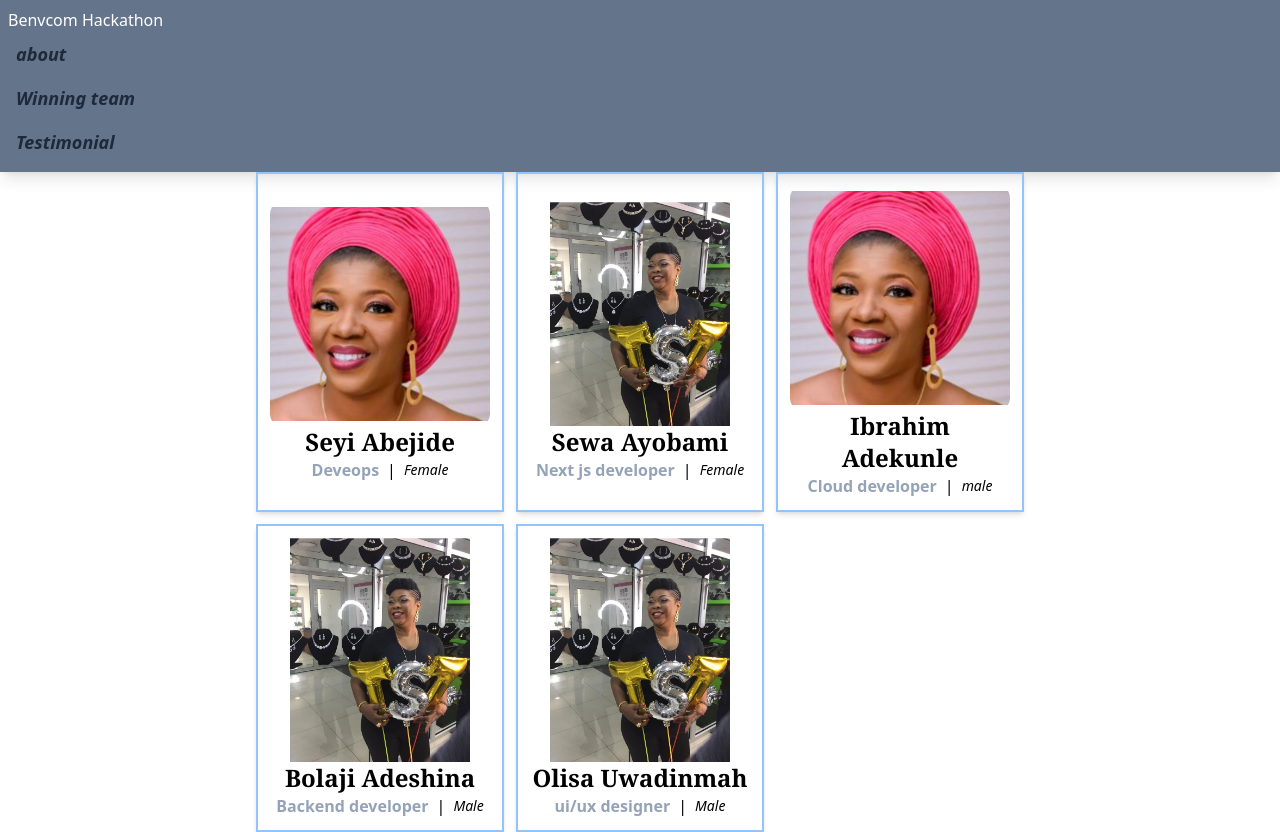
Repository: Semanmernstack/Bincom
Page: /
The author's editor kept a copy of each file at every save. The page is drawn from the files as they stood at one save, then again after the next save.
The browser window is 1280 px wide. The pictures show the whole page.
The project was rebuilt for these pictures with package versions that can differ from the ones it lists, and the page was loaded fresh each time. The framework's server and built-in components were replaced by stand-ins that run in the browser. Also part of the build but not shown: next.config.mjs.

Above is the page before, as saved 2024-01-25 09:29:19.

### app/layout.tsx
import type { Metadata } from "next";
import { Inter } from "next/font/google";
import "./globals.css";
import Nav from "./components/Nav";

const inter = Inter({ subsets: ["latin"] });

export const metadata: Metadata = {
  title: "Create Next App",
  description: "Generated by create next app",
};

export default function RootLayout({
  children,
}: Readonly<{
  children: React.ReactNode;
}>) {
  return (
    <html lang="en">
      <body className=" ">
        <Nav/>
        {children}
      </body>
    </html>
  );
}

### app/page.tsx
import Hacthon from "./components/Hacthon";




export default function Home() {
  return (
    <main>
      <Hacthon/>
    </main>

  );
}

### app/components/Nav.tsx
"use client"
import Link from 'next/link'
import { usePathname } from 'next/navigation'
import React from 'react'
const Linkk = [
    {
        href: "/about",
        title: "about"
    },
    {
        href: "/winner",
        title: "Winning team"
    },
    {
        href: "/testimony",
        title: "Testimonial",
    },
]

function Nav() {
    const pathname = usePathname()
  return (
    <div className='bg-slate-500 p-2 shadow-lg text-white'>
        <div>
            <h1> Benvcom Hackathon  </h1>
        </div>
       {Linkk.map((d, i) => (
        <div key={i}>
           {pathname === d.href ? (
        <Link href={d.href} className='text-sm sm:text-lg text-pink-800 font-semibold animate-pulse'>
            {d.title}
        </Link>


           ):(
            <Link href= {d.href }
            className="flex   p-2 gap-1 italic sm:font-semibold hover:border rounded-lg border-teal-700  text-slate-800 dark:text-white text-xs sm:text-lg font-bold transition duration-100  "
            >
                {d.title}
            </Link>

           )}
           </div>

       ))}




</div>
  )
}

export default Nav

### app/components/Hacthon.tsx
import React from 'react'
import slidefour from "../public/slidefour.png"


import slidethree from "../public/slidethree.png"
import SetUp from "../components/SetUp";


const data = [
  {
    id: "1",
    title: "Seyi Abejide",
    image:"slidefour.png",
    role: "Deveops",
    gender: "Female",

  },
  {
    id: "2",
    title: "Sewa Ayobami",
    image: "slidethree.png",
    role: "Next js developer",
    gender: "Female"

  },
  {
    id: "3",
    title: "Ibrahim Adekunle",
    image:"slidefour.png",
    role: "Cloud developer",
    gender: "male",

  },
  {
    id: "4",
    title: "Bolaji Adeshina",
    image: "slidethree.png",
    role: "Backend developer",
    gender: "Male",

  },
  {
    id: "5",
    title: "Olisa Uwadinmah",
    image: "slidethree.png",
    role: "ui/ux designer",
    gender: "Male",

  },


];

function Hacthon() {
  return (
    <main className=" flex flex-col max-w-3xl mx-auto ">
      <div className="grid grid-cols-1 sm:grid-cols-2 md:grid-cols-3 gap-3">
          {data.map((p, index)=> (
              <div className=" border-2 border-blue-300 shadow-md items-center justify-center flex" key={index}>
                <SetUp
                  id={p.id}
                  title={p.title}
                  image={p.image}
                  role={p.role}
                  gender= {p.gender}
                />
              </div>

          ))}


      </div>



    </main>
  )
}

export default Hacthon

### app/components/SetUp.tsx
import React from 'react'
interface B {
    id: string
    title: string
    image: string
    role: string
    gender: string
}


function SetUp({id, title, image, role, gender}:B) {
  return (
    <div className=' p-3 '>
      <img src={image} alt="image" className='h-56 w-56 rounded-xl  object-contain' />
      <div className='flex flex-col items-center justify-between'>
        <h1 className='font-bold text-center font-serif textt-xl md:text-2xl'>{title}</h1>
        <div className='flex items-center justify-between gap-2'>
          <h2 className='font-bold text-slate-400 '>{role}</h2>
          <h2>|</h2>
          <h2 className='text-xs sm:text-sm italic'>{gender}</h2>
        </div>

        <div>

        </div>

      </div>

    </div>
  )
}

export default SetUp

Loaded but not shown: app/globals.css (common file); tailwind.config.ts (common file)

After the next save:
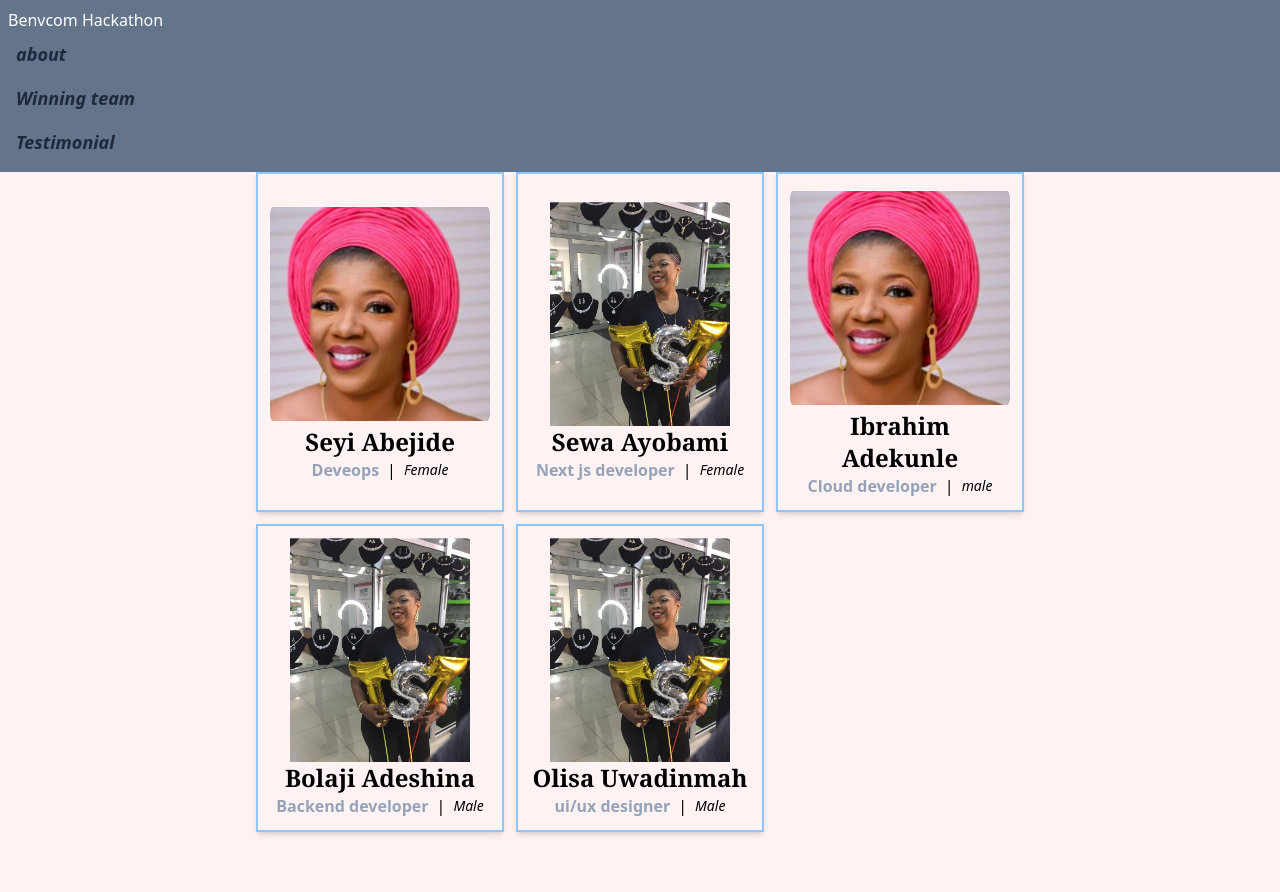
Saved 5 s later.
--- a/app/page.tsx
+++ b/app/page.tsx
@@ -5,7 +5,7 @@ import Hacthon from "./components/Hacthon";
 
 export default function Home() {
   return (
-    <main>
+    <main className="bg-red-50 min-h-screen">
       <Hacthon/>
     </main>
 
